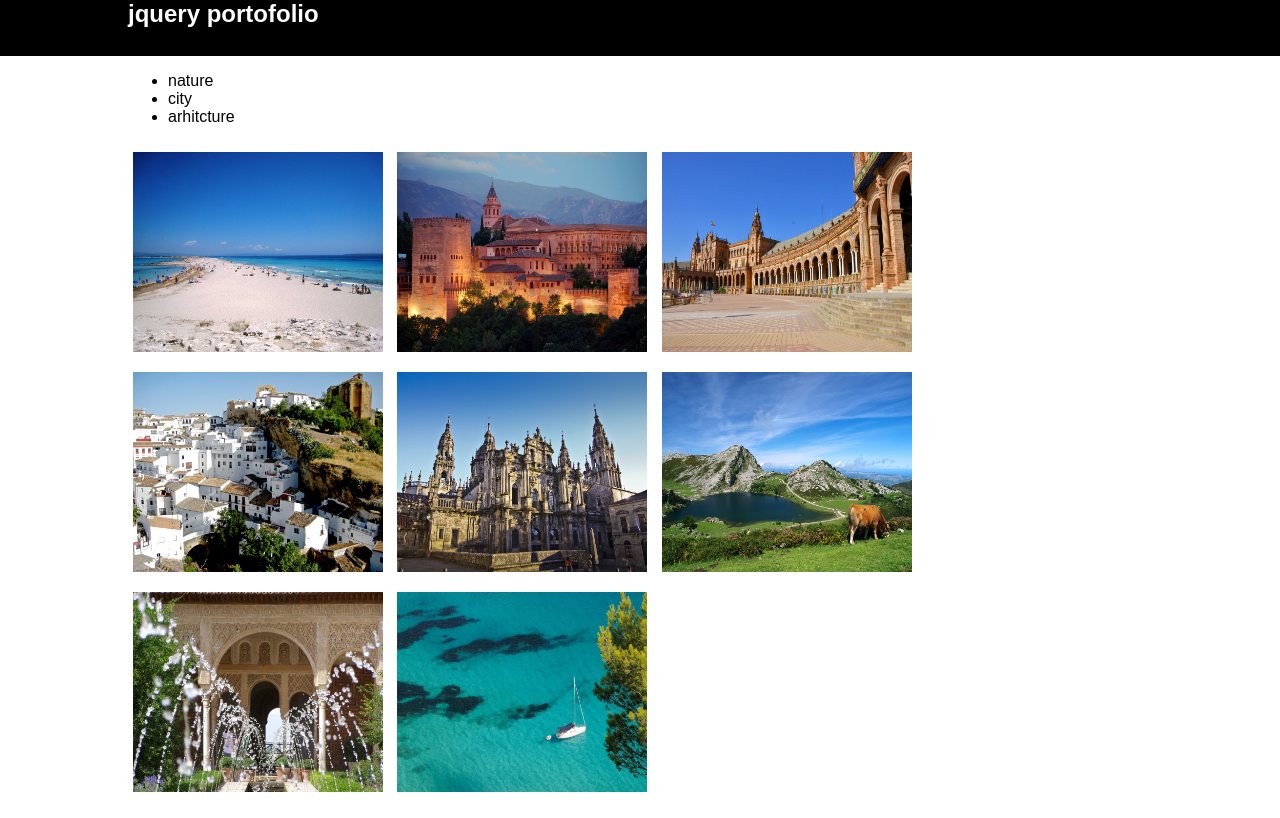
Repository: cpatrut/spring
Page: http://localhost/sparta/
The author's editor kept a copy of each file at every save. The page is drawn from the files as they stood at one save, then again after the next save.
The browser window is 1280 px wide. The pictures show the whole page.
The page is served by Tomcat 9.

Above is the page before, as saved 2015-06-13 23:30:26.

After the next save:
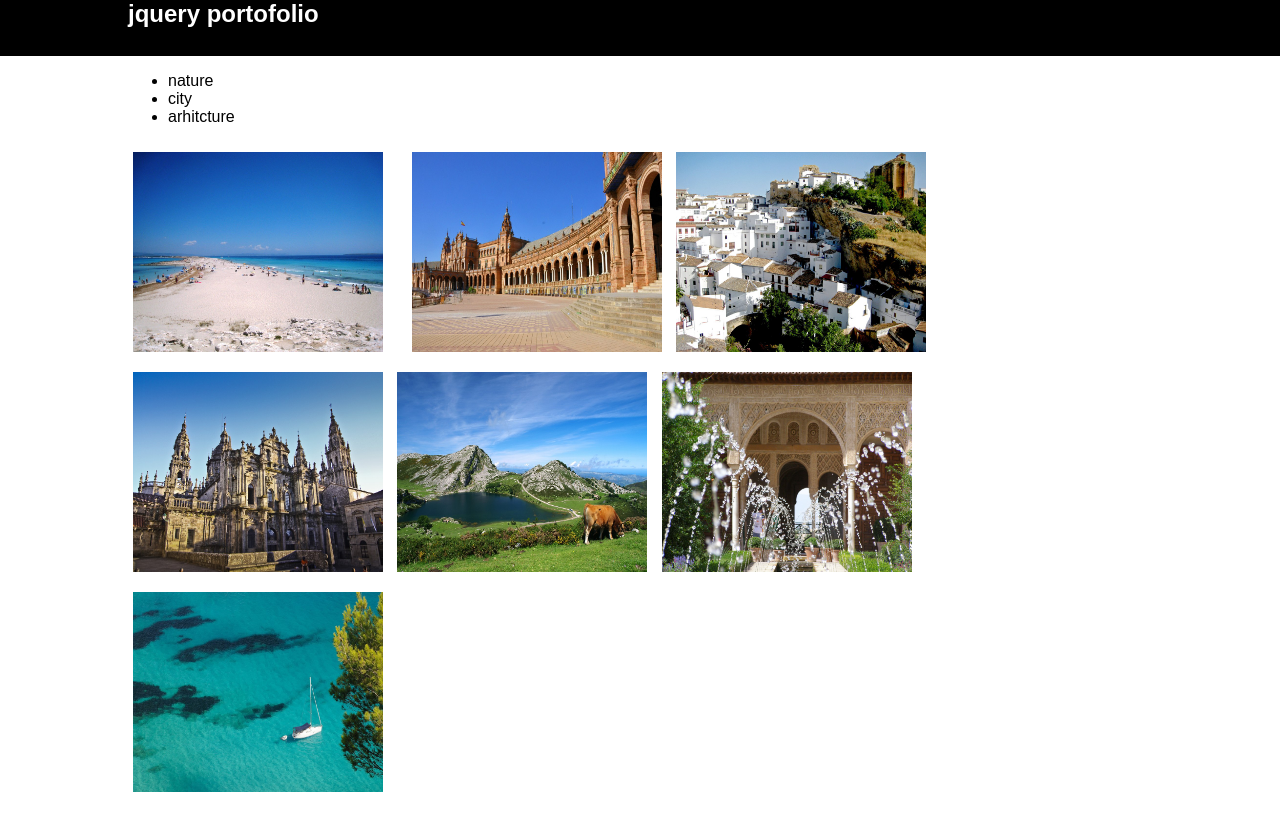
Saved 8 s later.
--- a/sparta/WebContent/home.jsp
+++ b/sparta/WebContent/home.jsp
@@ -47,7 +47,7 @@
 
 		<ul id="portofolio">
 		<li class="nature"><img id="1" src="images/1.jpg" alt="img">	</li>
-		<li><img id="2"  src="images/2.jpg" alt="">	</li>
+		<li class="aritecutre><img id="2"  src="images/2.jpg" alt="">	</li>
 		<li><img id="3"  src="images/3.jpg" alt="">	</li>
 		<li><img id="4"  src="images/4.jpg" alt="">	</li>
 		<li><img id="5"  src="images/5.jpg" alt="">	</li>

After the save that followed:
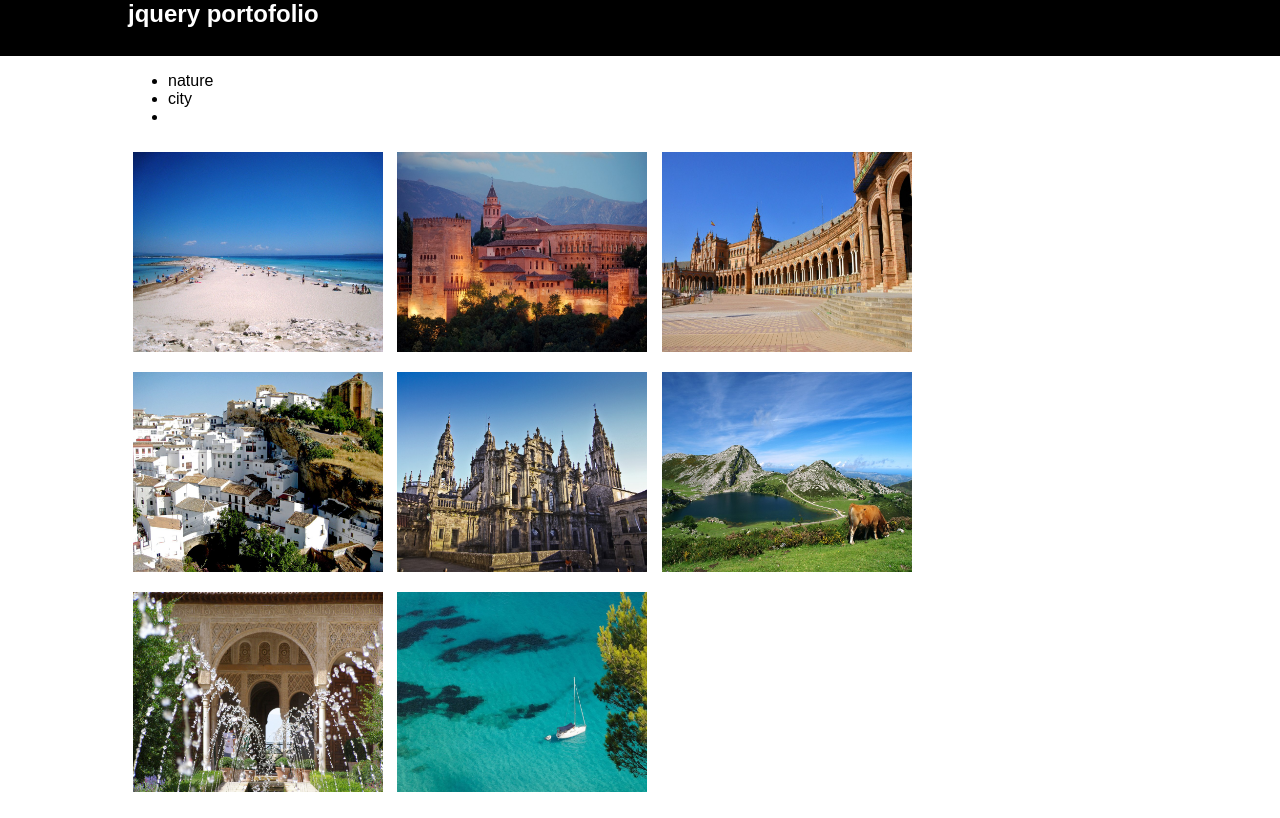
Saved 8 s later.
--- a/sparta/WebContent/home.jsp
+++ b/sparta/WebContent/home.jsp
@@ -42,12 +42,12 @@
 		<ul>
 			<li>nature</li>
 			<li>city</li>
-			<li>arhitcture</li>
+			<li></li>
 		</ul>
 
 		<ul id="portofolio">
 		<li class="nature"><img id="1" src="images/1.jpg" alt="img">	</li>
-		<li class="aritecutre><img id="2"  src="images/2.jpg" alt="">	</li>
+		<li class="arhitcture"><img id="2"  src="images/2.jpg" alt="">	</li>
 		<li><img id="3"  src="images/3.jpg" alt="">	</li>
 		<li><img id="4"  src="images/4.jpg" alt="">	</li>
 		<li><img id="5"  src="images/5.jpg" alt="">	</li>
